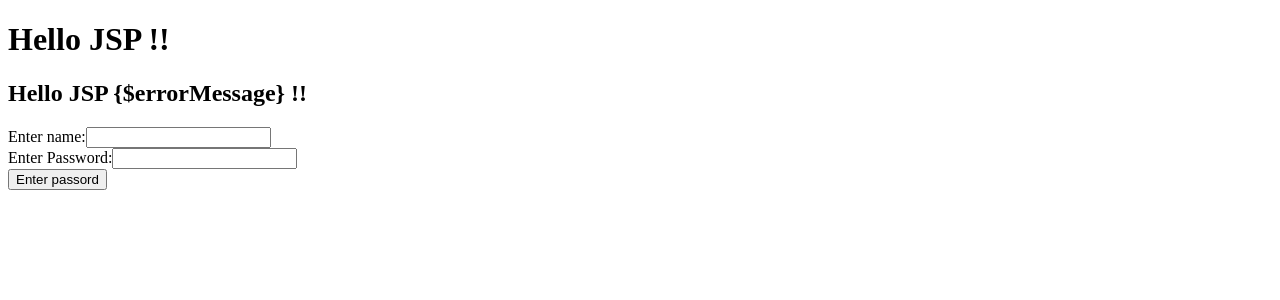
Repository: chandu3015/springBasicWorkSpace
Page: http://localhost/first-web-app/
The author's editor kept a copy of each file at every save. The page is drawn from the files as they stood at one save, then again after the next save.
The browser window is 1280 px wide. The pictures show the whole page.
The page is served by Tomcat 9.

Above is the page before, as saved 2019-01-22 01:58:02.

After the next save:
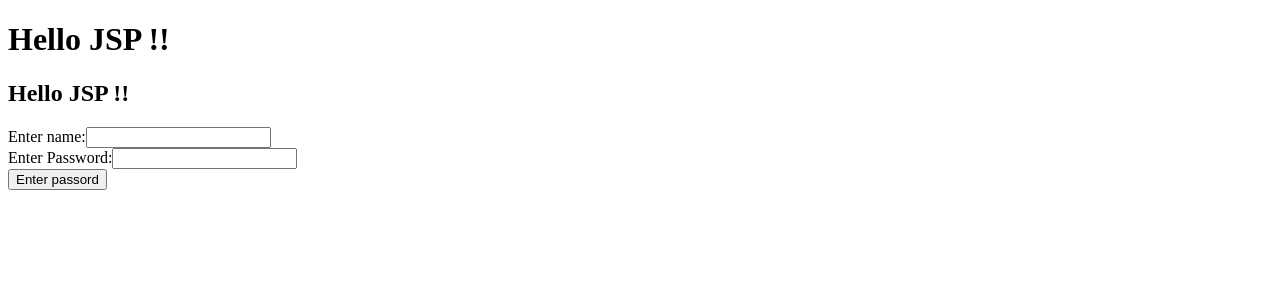
Saved 20 s later.
--- a/first-web-app/src/main/webapp/WEB-INF/views/login.jsp
+++ b/first-web-app/src/main/webapp/WEB-INF/views/login.jsp
@@ -8,7 +8,7 @@
 </head>
 <body>
 <h1>Hello JSP  !!</h1>
-<h2>Hello JSP {$errorMessage} !!</h2>
+<h2>Hello JSP ${errorMessage} !!</h2>
 <form name ="loginForm" action="/login.do" method="post">
 Enter name:<input type="text" name="name" /> <br/>
 Enter Password:<input type="password" name="password" /><br/>
